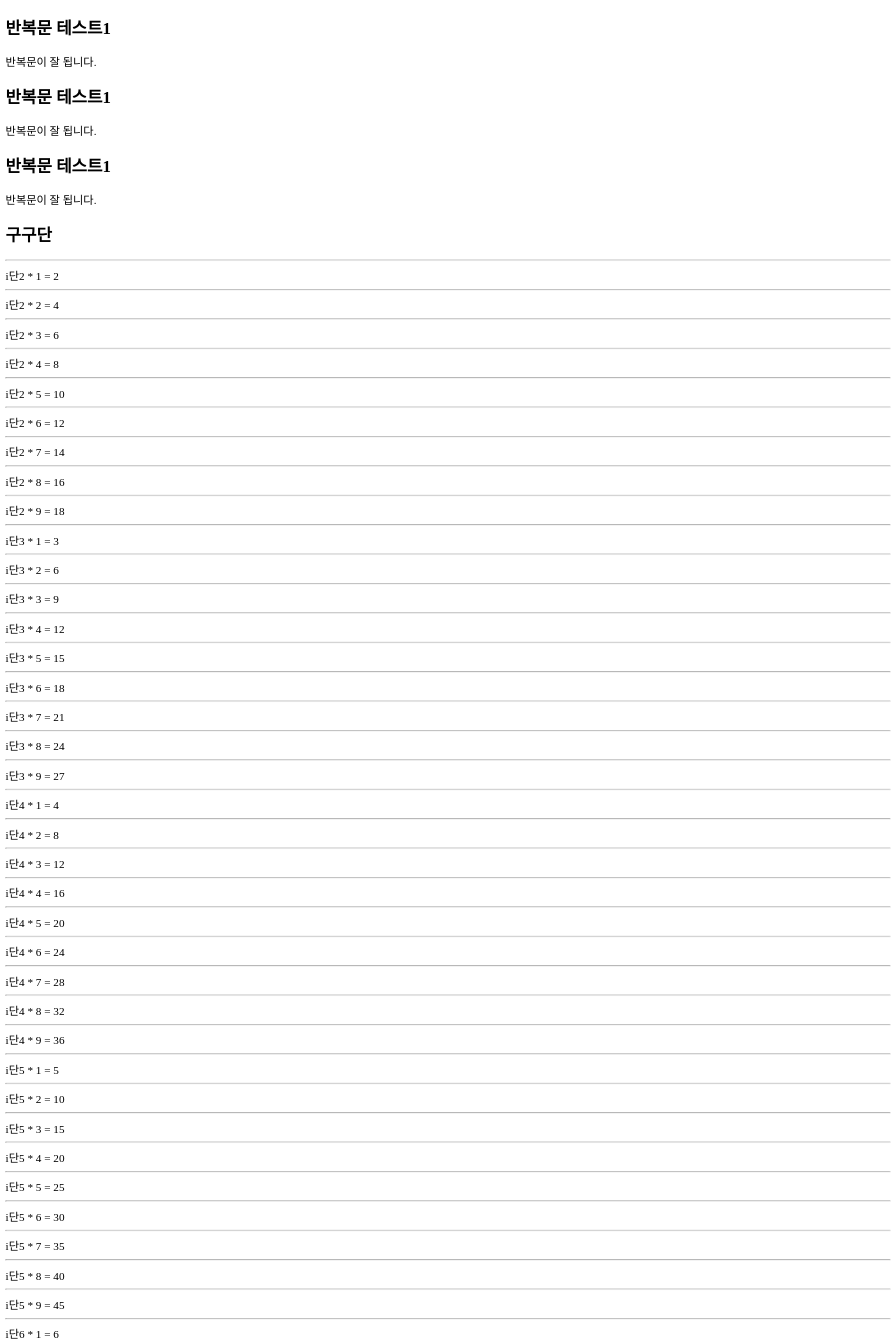
Repository: JongMin22/jsp.practice
Page: http://localhost/JSPBasic/JsPTag/Scriptlet.jsp
An editor plug-in stored every save of this project. The page is shown before and after the next save, followed by the edit.
The browser window is 1280 px wide. The pictures show the part of the page from y = 0 to 1920 px (the page is 3395 px tall before and 8054 px after), at 70% of full size.
The page is served by Tomcat 9.

Above is the page before, as saved 2022-01-28 03:16:01.

After the next save:
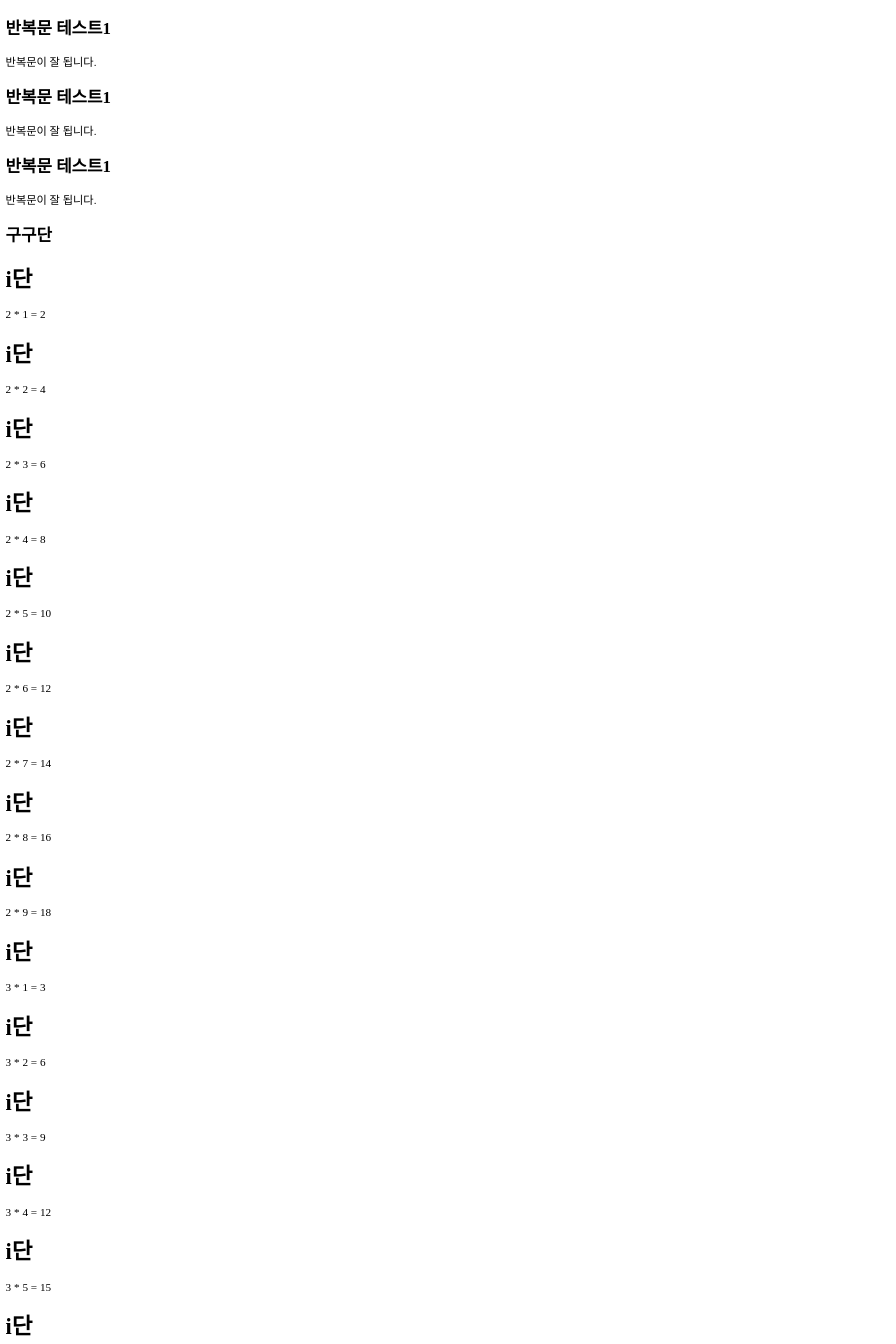
Saved 24 s later.
--- a/JSPBasic/src/main/webapp/JsPTag/Scriptlet.jsp
+++ b/JSPBasic/src/main/webapp/JsPTag/Scriptlet.jsp
@@ -20,7 +20,7 @@
 		<h2>구구단</h2>
 	<%for(int i=2; i<10; i++){
 		 for(int j=1; j<10; j++){
-			 out.println("<hr>i단</hr>"+i + " * "+ j + " = " + i*j +"<br/>");
+			 out.println("<h1>i단</h1>"+i + " * "+ j + " = " + i*j +"<br/>");
 
 		}
 		 } %>
